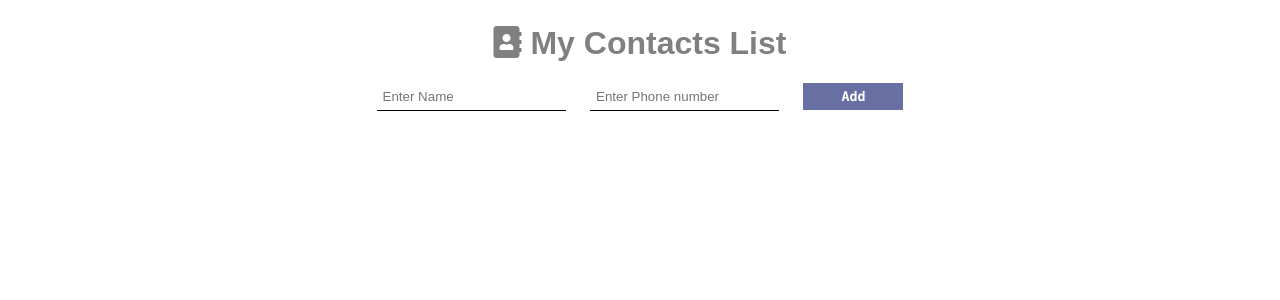
Repository: Sayan-100/Contact-List
Page: http://localhost/
These files come from the project's save history. The page is drawn as it stood at one moment and after the next save; the edit follows.
The browser window is 1280 px wide. The pictures show the whole page.
Some web libraries are served in a nearby version. The page is served by the project's Node server (index.js). Other server files are loaded and not shown. Queries for data that is not in the repository find no rows.

Above is the page before, as saved 2022-01-09 21:54:13.

### views/home.ejs
<html>

<head>
    <title>
        <%=locals.title%>
    </title>

    <link rel="stylesheet" href="https://use.fontawesome.com/releases/v5.5.0/css/all.css" integrity="sha384-B4dIYHKNBt8Bc12p+WXckhzcICo0wtJAoU8YZTY5qE0Id1GSseTk6S+L3BlXeVIU" crossorigin="anonymous">

    <!-- our css should below all the style so that we can override -->
    <link rel="stylesheet" href="/css/home.css">

</head>

<body>
    <h1 id="page-heading">
        <i class="fas fa-address-book "></i> My Contacts List
    </h1>
    <div id="contact-list-container">
        <ul>
            <% for(let i of contact_list) {%>
                <li class="contact">
                    <div class="details-name">
                        <p>
                            <%= i.name %>
                        </p>
                    </div>
                    <div class="details-contact-number delete-button">

                        <div>
                            <p>
                                <%= i.phone %>
                            </p>
                        </div>

                        <div>
                            <a href="/delete-contact/?id=<%=i._id%>">
                                <i class="fas fa-window-close"></i>
                            </a>
                        </div>
                    </div>
                </li>
                <% } %>
        </ul>
    </div>

    <form id="new-contact-form" action="/create_contact" method="POST">
        <input type="text" name="name" required placeholder="Enter Name">
        <input type="number" name="phone" required placeholder="Enter Phone number">

        <button type="submit">Add</button>

    </form>

    <script type="text/javascript" src="/js/home.js">
    </script>

</body>

</html>

### index.js
const express = require('express');
const path = require('path');
const port = 8000;

const db = require('./config/mongoose');
const Contact = require('./models/contact');

const app = express();


app.set('view engine', 'ejs');
app.set('views', path.join(__dirname, 'views'));
app.use(express.urlencoded());
app.use(express.static('assets'));

//middleware 1
// app.use(function(req, res, next) {
//     req.myName = "Sayan";
//     // console.log("middleware 1 called");
//     next();
// })

//middleware 2
// app.use(function(req, res, next) {
//     console.log('My name from middleware 2', req.myName);
//     next();
// })

// var contactList = [{
//         name: "Arapan sir",
//         phone: "1111111111"
//     },

//     {
//         name: "Coding Ninjas",
//         phone: "2111222222"
//     },

//     {
//         name: "Sayan",
//         phone: "4444444444"
//     }

// ];


app.get('/', function(req, res) {
    // console.log(__dirname);
    // res.send('<h1>cool, it is running or is it?</h1>');
    //return

    // console.log("from the get route", req.myName);

    Contact.find({}, function(err, contacts) {
        if (err) {
            console.log('Error in fetching contact list from db');
            return;
        }

        return res.render('home', {
            title: "My contacts list",
            contact_list: contacts
        });

    });


    // return res.render('home', {
    //     title: "My contacts list",
    //     contact_list: contactList
    // });

});

app.get('/practice', function(req, res) {
    return res.render('practice', {
        title: "Let us play with ejs"
    });
});

app.get('/delete-contact', function(req, res) {
    //console.log(req.query);
    //let phone = req.query.phone;
    let id = req.query.id;
    Contact.findByIdAndDelete(id, function(err) {
        if (err) {
            console.log('error in deleting a object form database');
            return;
        }

        return res.redirect('back');
    });
    // let contactIndex = contactList.findIndex(contact => contact.phone == phone);

    // if (contactIndex != -1) {
    //     contactList.splice(contactIndex, 1);
    // }

    // return res.redirect('back');
});

app.get('/', function(req, res) {

});


app.post('/create_contact', function(req, res) {
    // return res.redirect('/practice');
    // contactList.push({
    //     name: req.body.name,
    //     phone: req.body.phone
    // });
    // contactList.push(req.body);
    Contact.create({
        name: req.body.name,
        phone: req.body.phone
    }, function(err, newContact) {
        if (err) {
            console.log('error in creating a contact!');
            return;
        }

        console.log('*********', newContact);
        return res.redirect('back');

    });

    // return res.redirect('/');
    // return res.redirect('back');
});

app.listen(port, function(err) {

    if (err) {
        console.log('Error in running Server');
    }

    console.log('Yup. My express server is running on port', port);
});

### assets/css/home.css
    body {
        margin: 0;
        font-family: sans-serif;
        text-align: center;
    }

    #page-heading {
        text-align: center;
        margin-top: 25px;
        color: grey;
    }

    li {
        list-style: none;
        display: flex;
        justify-content: space-between;
        width: 90%;
        background-color: #FABB51;
        margin-bottom: 5px;
        font-weight: 600;
        overflow: hidden;
        color: white;
        font-family: monaco;
    }

    li:hover {
        background-color: #FFAB76;
    }

    input {
        margin-right: 20px;
        padding: 6px;
        border: transparent;
        border-bottom: 1px solid black;
    }

    button {
        padding: 6px;
        width: 100px;
        background-color: #676FA3;
        font-family: monaco;
        font-weight: 600;
        color: white;
        border: none;
    }

    button:hover {
        background-color: #A3E4DB
    }

    p {
        display: inline-block;
        padding-left: 2rem;
        padding-right: 5rem;
    }

    .details-contact-number {
        display: flex;
        justify-content: space-evenly;
    }

Loaded but not shown: assets/js/home.js (common file)

After the next save:
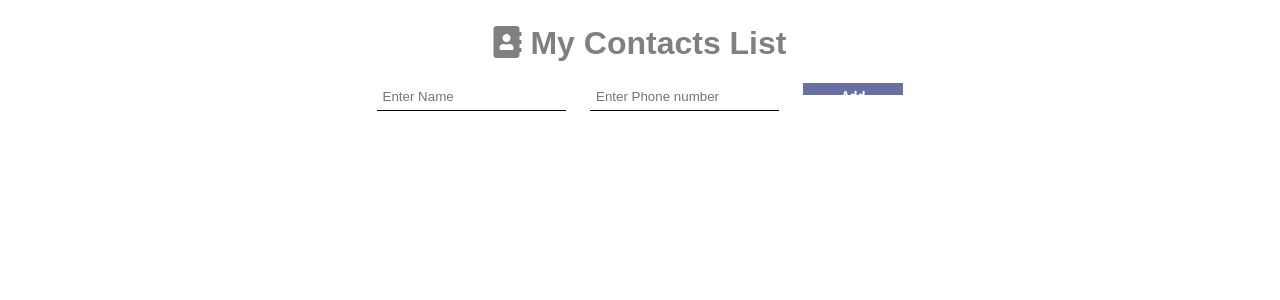
Saved 42 s later.
--- a/assets/css/home.css
+++ b/assets/css/home.css
@@ -37,6 +37,7 @@
     button {
         padding: 6px;
         width: 100px;
+        height: 10px;
         background-color: #676FA3;
         font-family: monaco;
         font-weight: 600;
